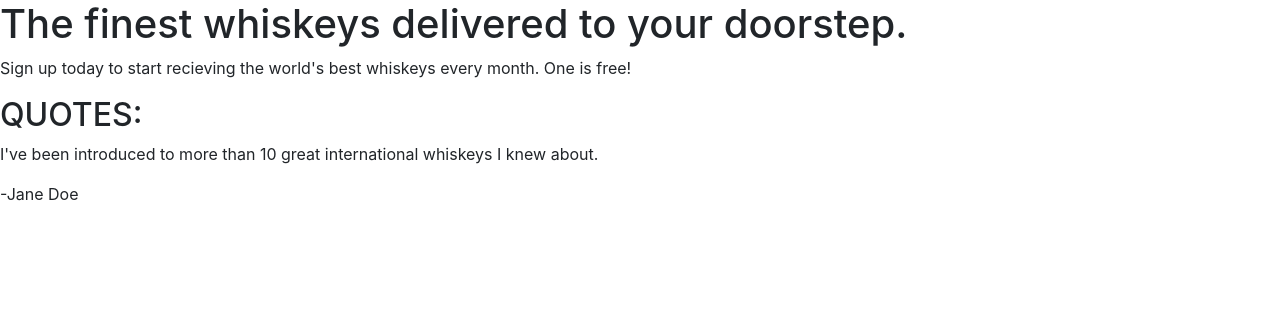
Repository: Leannald13/whiskey-project
Page: index.html
The author's editor kept a record of every edit. The page is drawn from the files as they stood at one moment, then again after the next edit.
The browser window is 1280 px wide. The pictures show the whole page.

Above is the page before.
Console error: TypeError: Cannot read properties of undefined (reading 'fn')

### index.html
<!DOCTYPE html>
<html lang="en">
<head>
    <meta charset="UTF-8">
    <meta name="viewport" content="width=device-width, initial-scale=1.0">
    <meta http-equiv="X-UA-Compatible" content="ie=edge">
    <link rel="stylesheet" href="https://stackpath.bootstrapcdn.com/bootstrap/4.1.3/css/bootstrap.min.css" integrity="sha384-MCw98/SFnGE8fJT3GXwEOngsV7Zt27NXFoaoApmYm81iuXoPkFOJwJ8ERdknLPMO" crossorigin="anonymous">
<script src="https://stackpath.bootstrapcdn.com/bootstrap/4.1.3/js/bootstrap.min.js" integrity="sha384-ChfqqxuZUCnJSK3+MXmPNIyE6ZbWh2IMqE241rYiqJxyMiZ6OW/JmZQ5stwEULTy" crossorigin="anonymous"></script>
    <title>Whiskey Drop: Taste a new whiskey every month</title>
</head>
<body>
    <article class="article">
        <section class="callout">
        <h1>The finest whiskeys delivered to your doorstep.</h1>
        <p>Sign up today to start recieving the world's best whiskeys every month. One is free!</p>
         </section>
    <section class="quotes">
    <h2 class="text-uppercase">Quotes:</h2>
    <div class="quote">
        <p>I've been introduced to more than 10 great international whiskeys I knew about.</p>
          <p>-Jane Doe</p>
    </div>


    </section>
    </article>

</body>
</html>

After the next edit:
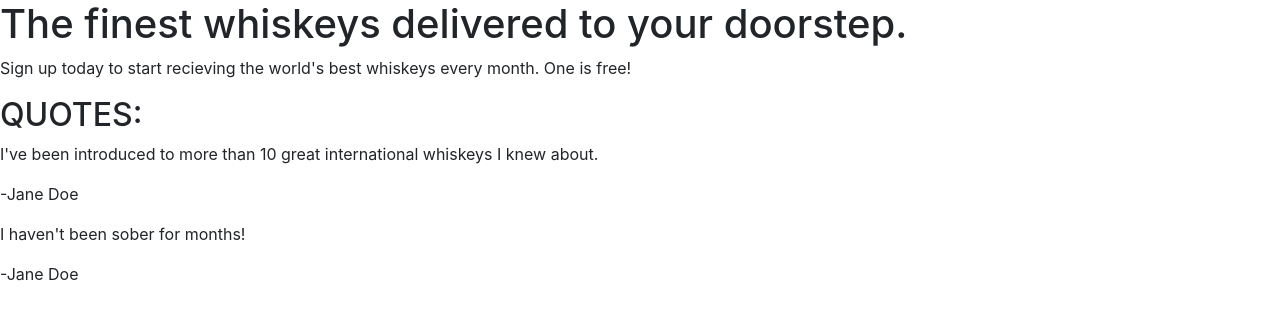
The edit:
--- a/index.html
+++ b/index.html
@@ -20,7 +20,10 @@
         <p>I've been introduced to more than 10 great international whiskeys I knew about.</p>
           <p>-Jane Doe</p>
     </div>
-
+      <div class="quote">
+         <p>I haven't been sober for months!</p>
+         <p>-Jane Doe</p>
+      </div>
 
     </section>
     </article>
